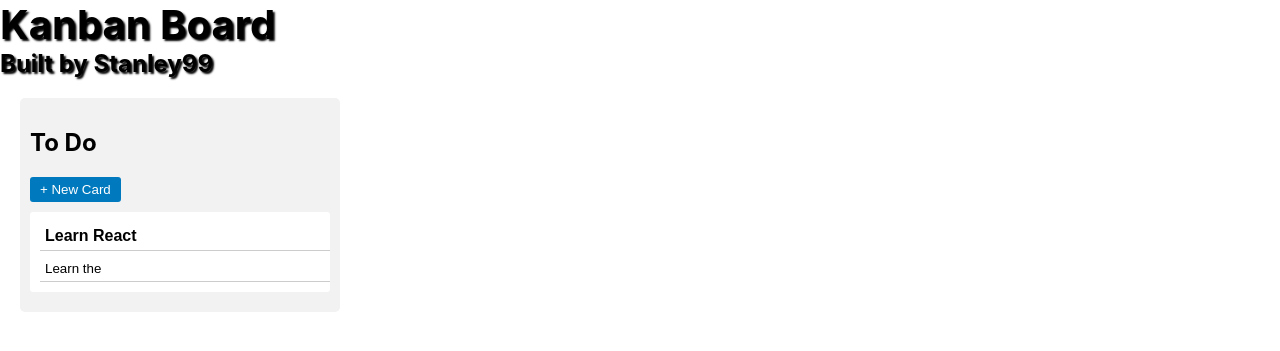
Repository: trapper99/kanban-app
Page: /
An editor plug-in stored every save of this project. The page is shown before and after a run of saves, followed by the edit.
The browser window is 1280 px wide. The pictures show the whole page.
The project was rebuilt for these pictures with package versions that can differ from the ones it lists, and the page was loaded fresh each time.

Above is the page before, as saved 2023-06-12 15:12:03.

After the next 2 saves:
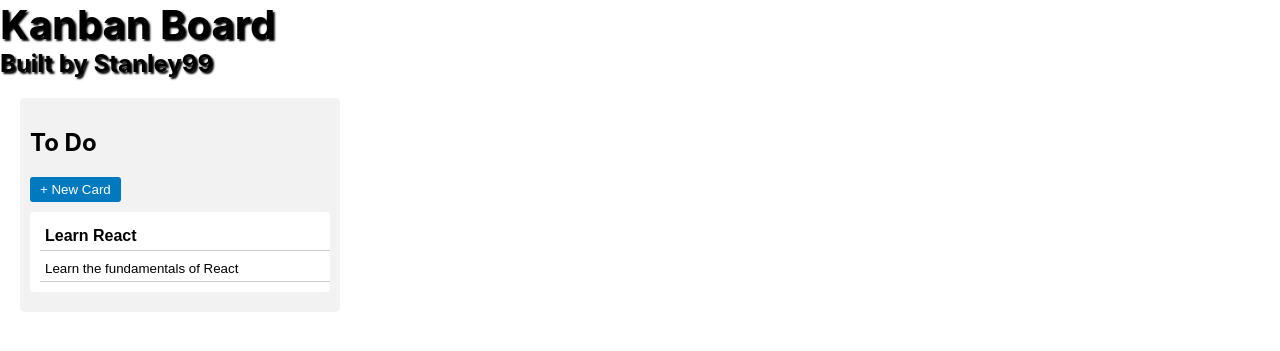
The 2 saves are shown as one change because they came seconds apart.
The last was saved 14 s later.
--- a/src/App.js
+++ b/src/App.js
@@ -64,7 +64,7 @@ function App() {
             {
               id: 1,
               title: 'Learn React',
-              description: 'Learn the '
+              description: 'Learn the fundamentals of React'
             }
           ]
         }
